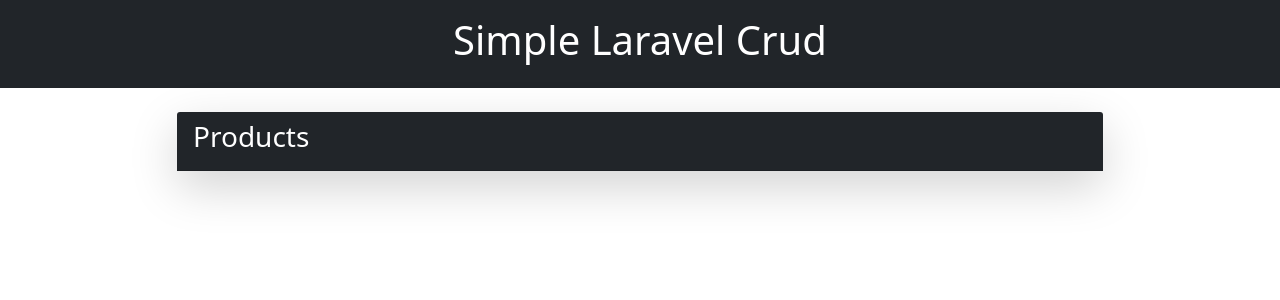
Repository: Muskan1Kumari4draw/Crud-in-Laravel
Page: http://localhost/products
The author's editor kept a copy of each file at every save. The page is drawn from the files as they stood at one save, then again after the next save.
The browser window is 1280 px wide. The pictures show the whole page.
The page is served by the project's Laravel application, run on PHP 8.4 with Laravel 12.

Above is the page before, as saved 2024-09-14 11:27:26.

After the next save:
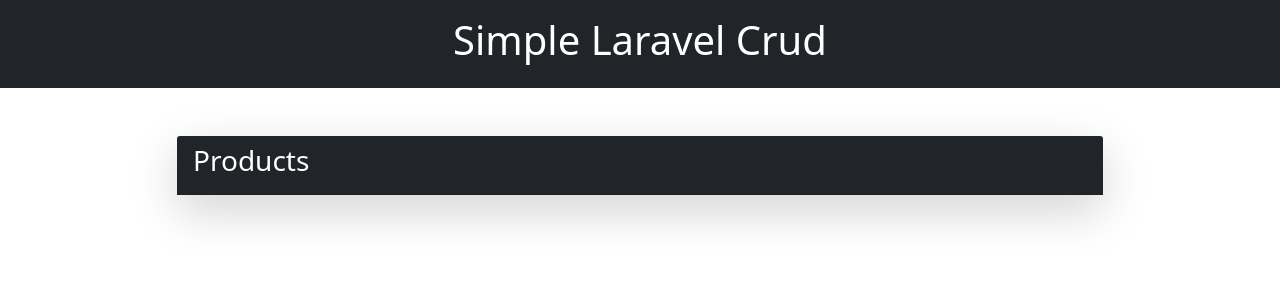
Saved 113 s later.
--- a/resources/views/products/list.blade.php
+++ b/resources/views/products/list.blade.php
@@ -13,7 +13,7 @@
 
     <div class="container">
       <div class="row d-flex justify-content-center">
-        <div class="col-md-10">
+        <div class="col-md-10 mt-4">
             @if(Session::has('success'))
             <div class="alert alert-success">
                 {{ Session::get('success') }}
